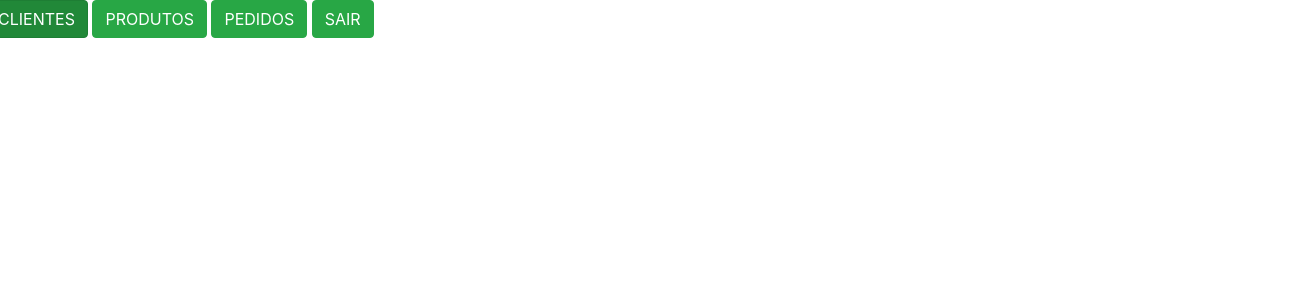
Repository: adrielwerlich/aulas_webdev_sistemasdeinfo
Page: http://localhost/
These files come from the project's save history. The page is drawn as it stood at one moment and after the next save; the edit follows.
The browser window is 1280 px wide. The page is 1295 px wide, then 1280 px, so the pictures cover 1295 px, including what lies to the right of the window. The pictures show the whole page.
The page is run by PHP 8.4 with error messages shown; the project is at /var/www/html/.

Above is the page before, as saved 2019-03-15 19:54:13.

### index.php
<html lang="en">
<head>
 <meta charset="UTF-8">
 <meta name="viewport" content="width=device-width, initial-scale=1.0">
 <meta http-equiv="X-UA-Compatible" content="ie=edge">
 <link rel="stylesheet" href="https://stackpath.bootstrapcdn.com/bootstrap/4.3.1/css/bootstrap.min.css" integrity="sha384-ggOyR0iXCbMQv3Xipma34MD+dH/1fQ784/j6cY/iJTQUOhcWr7x9JvoRxT2MZw1T" crossorigin="anonymous">
 <title>Document</title>
</head>
<body>

 <div class="conteiner">
 <div id="header">
 <div class="row">
 <form action="#" method="post">
  <button class="btn btn-success" name="clientes" type="submit">CLIENTES</button>
  <button class="btn btn-success" name="produtos" type="submit">PRODUTOS</button>
  <button class="btn btn-success" name="pedidos" type="submit">PEDIDOS</button>
  <button class="btn btn-success" name="sair" type="submit">SAIR</button>
 </form>
 </div>
 </div>
 </div>

 <div id="middle-content">
 </div>

 <div id="footer">
 </div>
 <script src="https://code.jquery.com/jquery-3.3.1.slim.min.js" integrity="sha384-q8i/X+965DzO0rT7abK41JStQIAqVgRVzpbzo5smXKp4YfRvH+8abtTE1Pi6jizo" crossorigin="anonymous"></script>
<script src="https://cdnjs.cloudflare.com/ajax/libs/popper.js/1.14.7/umd/popper.min.js" integrity="sha384-UO2eT0CpHqdSJQ6hJty5KVphtPhzWj9WO1clHTMGa3JDZwrnQq4sF86dIHNDz0W1" crossorigin="anonymous"></script>
<script src="https://stackpath.bootstrapcdn.com/bootstrap/4.3.1/js/bootstrap.min.js" integrity="sha384-JjSmVgyd0p3pXB1rRibZUAYoIIy6OrQ6VrjIEaFf/nJGzIxFDsf4x0xIM+B07jRM" crossorigin="anonymous"></script>
</body>
</html>

After the next save:
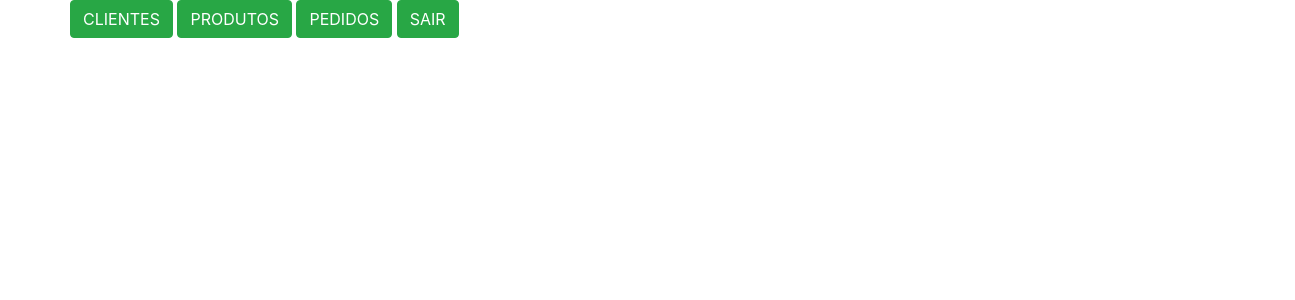
Saved 5 s later.
--- a/index.php
+++ b/index.php
@@ -8,8 +8,8 @@
 </head>
 <body>
 
- <div class="conteiner">
  <div id="header">
+ <div class="container">
  <div class="row">
  <form action="#" method="post">
   <button class="btn btn-success" name="clientes" type="submit">CLIENTES</button>
